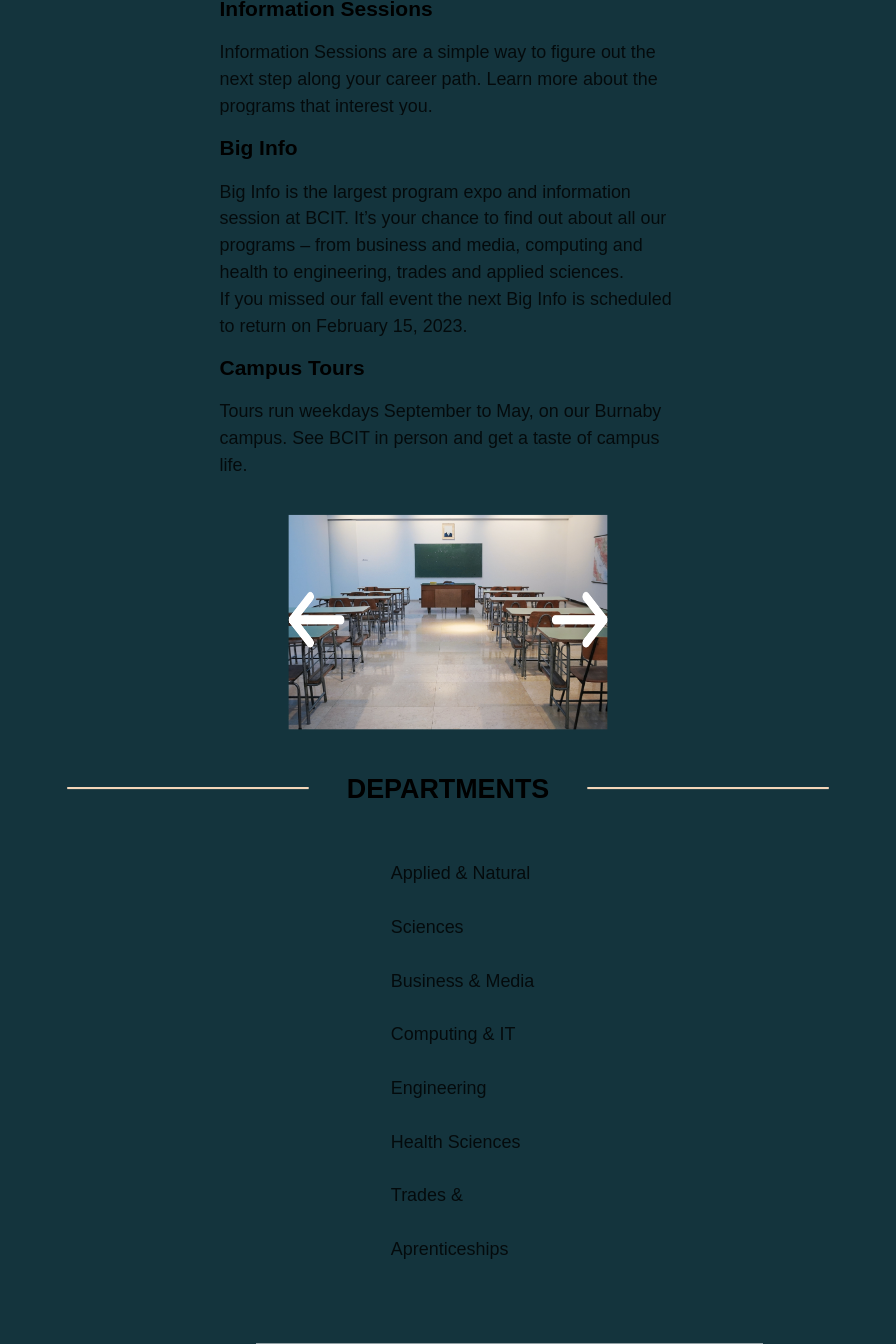
Repository: Kinakopan/playwright_bcit
Page: /about
An editor plug-in stored every save of this project. The page is shown before and after the next save, followed by the edit.
The browser window is 1280 px wide. The pictures show the part of the page from y = 745 to 2665 px (the page is 2665 px tall before and 2586 px after), at 70% of full size.
Some web fonts or font styles are not loaded; a fallback is used. The project was rebuilt for these pictures with package versions that can differ from the ones it lists, and the page was loaded fresh each time. The framework's server and built-in components were replaced by stand-ins that run in the browser. Also part of the build but not shown: next.config.js.

Above is the page before, as saved 2023-01-28 13:37:16.

### pages/_app.js
// import '@/styles/globals.css'
import '../styles/globals.css'
import '../styles/variables.css'
import Head from 'next/head'

export default function App({ Component, pageProps }) {
  return (
    <>
      <Head>
        <title>Example #1</title>
        <meta name="description" content="Generated by create next app" />
        <meta name="viewport" content="width=device-width, initial-scale=1" />
        <link href="https://fonts.googleapis.com/css2?family=Myriad+Pro:wght@100;400;700&display=swap" rel="stylesheet" />
        <link rel="icon" href="/favicon.ico" />
      </Head>
      <Component {...pageProps} />
    </>
  )
}

### styles/variables.css
:root {
  --primary-color: |#fff;
  --secondary-color: #F4D6B9;
  --ternary-color: #7796A4;
  --quaternary-color: #14343D;
  --quinary-color: rgba(16,46,53,0.5);
}

### styles/Home.module.css
@import '/styles/variables.css';

.main {
  display: flex;
  flex-direction: column;
  justify-content: space-between;
  align-items: center;
  padding: 6rem;
  min-height: 100vh;
}

.description {
  display: inherit;
  justify-content: inherit;
  align-items: inherit;
  font-size: 0.85rem;
  max-width: var(--max-width);
  width: 100%;
  z-index: 2;
  font-family: var(--font-mono);
}

.description a {
  display: flex;
  justify-content: center;
  align-items: center;
  gap: 0.5rem;
}

.description p {
  position: relative;
  margin: 0;
  padding: 1rem;
  background-color: rgba(var(--callout-rgb), 0.5);
  border: 1px solid rgba(var(--callout-border-rgb), 0.3);
  border-radius: var(--border-radius);
}

.code {
  font-weight: 700;
  font-family: var(--font-mono);
}

.grid {
  display: grid;
  grid-template-columns: repeat(4, minmax(25%, auto));
  width: var(--max-width);
  max-width: 100%;
}

.card {
  padding: 1rem 1.2rem;
  border-radius: var(--border-radius);
  background: rgba(var(--card-rgb), 0);
  border: 1px solid rgba(var(--card-border-rgb), 0);
  transition: background 200ms, border 200ms;
}

.card span {
  display: inline-block;
  transition: transform 200ms;
}

.card h2 {
  font-weight: 600;
  margin-bottom: 0.7rem;
}

.card p {
  margin: 0;
  opacity: 0.6;
  font-size: 0.9rem;
  line-height: 1.5;
  max-width: 30ch;
}

.center {
  display: flex;
  justify-content: center;
  align-items: center;
  position: relative;
  padding: 4rem 0;
}

.center::before {
  background: var(--secondary-glow);
  border-radius: 50%;
  width: 480px;
  height: 360px;
  margin-left: -400px;
}

.center::after {
  background: var(--primary-glow);
  width: 240px;
  height: 180px;
  z-index: -1;
}

.center::before,
.center::after {
  content: '';
  left: 50%;
  position: absolute;
  filter: blur(45px);
  transform: translateZ(0);
}

.logo,
.thirteen {
  position: relative;
}

.thirteen {
  display: flex;
  justify-content: center;
  align-items: center;
  width: 75px;
  height: 75px;
  padding: 25px 10px;
  margin-left: 16px;
  transform: translateZ(0);
  border-radius: var(--border-radius);
  overflow: hidden;
  box-shadow: 0px 2px 8px -1px #0000001a;
}

.thirteen::before,
.thirteen::after {
  content: '';
  position: absolute;
  z-index: -1;
}

/* Conic Gradient Animation */
.thirteen::before {
  animation: 6s rotate linear infinite;
  width: 200%;
  height: 200%;
  background: var(--tile-border);
}

/* Inner Square */
.thirteen::after {
  inset: 0;
  padding: 1px;
  border-radius: var(--border-radius);
  background: linear-gradient(
    to bottom right,
    rgba(var(--tile-start-rgb), 1),
    rgba(var(--tile-end-rgb), 1)
  );
  background-clip: content-box;
}

/* Enable hover only on non-touch devices */
@media (hover: hover) and (pointer: fine) {
  .card:hover {
    background: rgba(var(--card-rgb), 0.1);
    border: 1px solid rgba(var(--card-border-rgb), 0.15);
  }

  .card:hover span {
    transform: translateX(4px);
  }
}

@media (prefers-reduced-motion) {
  .thirteen::before {
    animation: none;
  }

  .card:hover span {
    transform: none;
  }
}

/* Mobile */
@media (max-width: 700px) {
  .content {
    padding: 4rem;
  }

  .grid {
    grid-template-columns: 1fr;
    margin-bottom: 120px;
    max-width: 320px;
    text-align: center;
  }

  .card {
    padding: 1rem 2.5rem;
  }

  .card h2 {
    margin-bottom: 0.5rem;
  }

  .center {
    padding: 8rem 0 6rem;
  }

  .center::before {
    transform: none;
    height: 300px;
  }

  .description {
    font-size: 0.8rem;
  }

  .description a {
    padding: 1rem;
  }

  .description p,
  .description div {
    display: flex;
    justify-content: center;
    position: fixed;
    width: 100%;
  }

  .description p {
    align-items: center;
    inset: 0 0 auto;
    padding: 2rem 1rem 1.4rem;
    border-radius: 0;
    border: none;
    border-bottom: 1px solid rgba(var(--callout-border-rgb), 0.25);
    background: linear-gradient(
      to bottom,
      rgba(var(--background-start-rgb), 1),
      rgba(var(--callout-rgb), 0.5)
    );
    background-clip: padding-box;
    backdrop-filter: blur(24px);
  }

  .description div {
    align-items: flex-end;
    pointer-events: none;
    inset: auto 0 0;
    padding: 2rem;
    height: 200px;
    background: linear-gradient(
      to bottom,
      transparent 0%,
      rgb(var(--background-end-rgb)) 40%
    );
    z-index: 1;
  }
}

/* Tablet and Smaller Desktop */
@media (min-width: 701px) and (max-width: 1120px) {
  .grid {
    grid-template-columns: repeat(2, 50%);
  }
}

@media (prefers-color-scheme: dark) {
  .vercelLogo {
    filter: invert(1);
  }

  .logo,
  .thirteen img {
    filter: invert(1) drop-shadow(0 0 0.3rem #ffffff70);
  }
}

@keyframes rotate {
  from {
    transform: rotate(360deg);
  }
  to {
    transform: rotate(0deg);
  }
}



/*****************************
******************************
            AUTHOR
******************************
*****************************/

/*============================
    From here - Common Style
============================*/
/* From here - components/navbar.js */
.nav {
  display: flex;
  flex-direction: row;
  justify-content: space-between;
  width: 100%;
  padding: 3% 8% 0 8%;
}

.burgar,
.hat {
  width: fit-content;
}

/* From here - components/arrow.js */
.arrowBox {
  flex: 1;
  display: flex;
  flex-direction: column;
  justify-content: space-between;
  align-items: flex-end;
  position: fixed;
  width: fit-content;
  height: 12%;
  right: 8%;
  bottom: 10%;
}

.arrowBox * {
  background: transparent;
  border: none;
}

/* From here - general */
.body_home,
.body_about,
.body_contact,
.wrapper {
  display: flex;
  flex-direction: column;
  width: 100vw;
}

.body_home,
.body_about,
.body_contact {
  /* font-size: 62.5%; */
  background-size: cover;
  background-position: center;
  background-repeat: no-repeat;
  line-height: 1.5;
  font-family: 'Myriad Pro', sans-serif;
  font-weight: 100;
  text-align: left;
}

.wrapper {
  font-size: 1.6rem;
  background-size: cover;
}

.main {
  display: flex;
  width: 100%;
}

/* .text_heading_h1 {

}

.text_heading_h2 {

} */
/*============================
    From here - Home Page
============================*/
.body_home {
  height: 100vh;
  overflow: hidden;
}

.body_home .main {
  flex-direction: row;
  justify-content: flex-start;
  align-items: flex-end;
  padding: 0 0 12% 21%;
}

.body_home .cont_main {
  display: flex;
  flex-direction: column;
  width: 48%;
}

.body_home .cont_main * {
  color: var(--primary-color);
}

.body_home .text_heading1 {
  font-family: 'Myriad Pro', sans-serif;
  /* font-size: 3.6rem; */
  font-size: 220%;
  line-height: 1.3;
  padding-bottom: 3%;
  margin-bottom: 3%;
  border-bottom: 4px solid;
  border-image: linear-gradient(to right, rgba(244,214,185,1) 0%, rgba(244,214,185,1) 69%, rgba(244,214,185,0) 69%, rgba(244,214,185,0) 100%) 1;
}

.body_home .text_body,
.body_home .box_btn * {
  opacity: .9;
}

.body_home .box_btn {
  display: flex;
  flex-direction: row;
}

.body_home .box_btn * {
  font-size: 1.4rem;
  background: transparent;
  padding: .3% 3%;
  border: 3px solid;
  border-color: var(--primary-color);
  border-radius: 10px;
  margin: 3% 2.5% 0 0;
}

.body_home .btn_about:hover {
  color: transparent;
  background: white;
}

/*============================
    From here - About Page
============================*/
.body_about {
  background: var(--quaternary-color);
}

/* .body_about .main {

} */

.body_about .text_heading1 {
  display: flex;
  align-items: center;
  width: 100%;
  padding: 5% 0;
}

.body_about .text_heading1:before,
.body_about .text_heading1:after {
  content: "";
  height: 3px;
  flex-grow: 1;
  background: var(--secondary-color);
}

.body_about .text_heading1:before {
  margin-right: 5%;
}

.body_about .text_heading1:after {
  margin-left: 5%;
}

.body_about .cont_section1,
.body_about .cont_section2 {
  display: flex;
  flex-direction: column;
  justify-content: flex-start;
  width: 60%;
}
.body_about .cont_section2 {
  width: 25%;
  padding-left: 5%;
}

.body_about .text_heading2,
.body_about .text_body {
  margin-bottom: 3%;
}

.body_about .text_heading2 {
  justify-content: flex-start;
}

.body_about .text_body,
.body_about .box_list *  {
  opacity: .8;
}

.body_about .box_list * {
  list-style: none;
  line-height: 3;
}

/* Carousel */
.cont_carousel {
  display: flex;
  align-self: center;
  width: 70%;
  margin-top: 5%;
  padding-top: 47%;
  overflow: hidden;
  position: relative;
}

.image_carousel {
  /* display: flex; */
  width: 100%;
  height: 100%;
  position: absolute;
  top: 0;
  left: 0;
}

.slide {
  width: 100%;
  height: 100%;
  background-size: cover;
  background-position: center;
}

.slide:not(.active) {
  display: none;
}

/* "Previous" and "Next" buttons */
.prevBtn, .nextBtn {
  position: absolute;
  top: 50%;
  transform: translateY(-50%);
  font-size: 2rem;
  cursor: pointer;
  border: none;
  background: transparent;
}

.prevBtn {
  left: 0;
}

.nextBtn {
  right: 0;
}


/* Carousel */
/* @keyframes tonext {
  75% {
    left: 0;
  }
  95% {
    left: 100%;
  }
  98% {
    left: 100%;
  }
  99% {
    left: 0;
  }
}

@keyframes tostart {
  75% {
    left: 0;
  }
  95% {
    left: -300%;
  }
  98% {
    left: -300%;
  }
  99% {
    left: 0;
  }
}

@keyframes snap {
  96% {
    scroll-snap-align: center;
  }
  97% {
    scroll-snap-align: none;
  }
  99% {
    scroll-snap-align: none;
  }
  100% {
    scroll-snap-align: center;
  }
}

.main {
  max-width: 37.5rem;
  margin: 0 auto;
  padding: 0 1.25rem;
  font-family: 'Lato', sans-serif;
}

.main * {
  box-sizing: border-box;
  scrollbar-color: transparent transparent;
  scrollbar-width: 0px;
}

.main *::-webkit-scrollbar {
  width: 0;
}

.main *::-webkit-scrollbar-track {
  background: transparent;
}

.main *::-webkit-scrollbar-thumb {
  background: transparent;
  border: none;
}

.main * {
  -ms-overflow-style: none;
}


.carousel__viewport,
.carousel__navigation_list,
.carousel__slide,
.carousel__navigation_item {
  list-style: none;
  margin: 0;
  padding: 0;
}

.carousel {
  position: relative;
  padding-top: 75%;
  filter: drop-shadow(0 0 10px #0003);
  perspective: 100px;
}

.carousel__viewport {
  position: absolute;
  top: 0;
  right: 0;
  bottom: 0;
  left: 0;
  display: flex;
  overflow-x: scroll;
  counter-reset: item;
  scroll-behavior: smooth;
  scroll-snap-type: x mandatory;
}

.carousel__slide {
  position: relative;
  flex: 0 0 100%;
  width: 100%;
  background-color: #f99;
  counter-increment: item;
}

.carousel__slide:nth-child(even) {
  background-color: #99f;
}

.carousel__slide:before {
  content: counter(item);
  position: absolute;
  top: 50%;
  left: 50%;
  transform: translate3d(-50%,-40%,70px);
  color: #fff;
  font-size: 2em;
}

.carousel__snapper {
  position: absolute;
  top: 0;
  left: 0;
  width: 100%;
  height: 100%;
  scroll-snap-align: center;
}

@media (hover: hover) {
  .carousel__snapper {
    animation-name: tonext, snap;
    animation-timing-function: ease;
    animation-duration: 4s;
    animation-iteration-count: infinite;
  }

  .carousel__slide:last-child .carousel__snapper {
    animation-name: tostart, snap;
  }
}

@media (prefers-reduced-motion: reduce) {
  .carousel__snapper {
    animation-name: none;
  }
}

.carousel:hover .carousel__snapper,
.carousel:focus-within .carousel__snapper {
  animation-name: none;
}

.carousel__navigation {
  position: absolute;
  right: 0;
  bottom: 0;
  left: 0;
  text-align: center;
}

.carousel__navigation_list,
.carousel__navigation_item {
  display: inline-block;
}

.carousel__navigation-button {
  display: inline-block;
  width: 1.5rem;
  height: 1.5rem;
  background-color: #333;
  background-clip: content-box;
  border: 0.25rem solid transparent;
  border-radius: 50%;
  font-size: 0;
  transition: transform 0.1s;
}

.carousel::before,
.carousel::after,
.carousel__prev,
.carousel__next {
  position: absolute;
  top: 0;
  margin-top: 37.5%;
  width: 4rem;
  height: 4rem;
  transform: translateY(-50%);
  border-radius: 50%;
  font-size: 0;
  outline: 0;
}

.carousel::before,
.carousel__prev {
  left: -1rem;
}

.carousel::after,
.carousel__next {
  right: -1rem;
}

.carousel::before,
.carousel::after {
  content: '';
  z-index: 1;
  background-color: #333;
  background-size: 1.5rem 1.5rem;
  background-repeat: no-repeat;
  background-position: center center;
  color: #fff;
  font-size: 2.5rem;
  line-height: 4rem;
  text-align: center;
  pointer-events: none;
}

.carousel::before {
  background-image: url("data:[embedded picture, 149 characters]");
}

.carousel::after {
  background-image: url("data:[embedded picture, 151 characters]");
} */


/*============================
    From here - Contact Page
============================*/

### components/arrow.js
import Image from 'next/image';
import styles from '@/styles/Home.module.css';

export default function Arrow() {
  return (
    <div className={styles.arrowBox}>
      <button
        className={styles.arrowDown}
        onClick={() => setUpArrowClicked(true)}
      >
        <Image
          src='/icons/upwardArrow.png'
          alt="Upward arrow icon"
          width={50}
          height={50}
        />
      </button>

      <button
        className={styles.arrowDown}
        onClick={() => setDownArrowClicked(true)}
      >
        <Image
          src='/icons/downwardArrow.png'
          alt="Downward arrow icon"
          width={50}
          height={50}
        />
      </button>
    </div>
  )
}

### components/navbar.js
import Image from 'next/image';
import styles from '@/styles/Home.module.css';

export default function Navbar() {
  return (
    <nav className={styles.nav}>
      <Image
        className={styles.burgar}
        src='/icons/menu-icon.png'
        alt="menu icon"
        width={50}
        height={50}
      />
      <Image
        className={styles.hat}
        src='/icons/graduation-hat.png'
        alt="Graduation hat icon"
        width={50}
        height={50}
      />
    </nav>
  )
}

### components/carousel.js
import React, { useState } from 'react'
import styles from "@/styles/Home.module.css";
import Image from 'next/image'

const MyCarousel = () => {
  const [currentSlide, setCurrentSlide] = useState(0)
  const images = [
      '/carousel-images/0.jpg',
      '/carousel-images/1.jpg',
      '/carousel-images/2.jpg',
      '/carousel-images/3.jpg',
      '/carousel-images/4.jpg',
      '/carousel-images/5.jpg'
  ]

  return (
      <div className={styles.cont_carousel}>
        <div className={styles.image_carousel}>
          {images.map((image, index) => (
            <div
              key={index}
              className={`${styles.slide} ${currentSlide === index ? styles.active : ''}`}
              style={{
                backgroundImage: `url(${image})`
              }}
            />
          ))}
          <button
            className={styles.prevBtn}
            onClick={() => setCurrentSlide((currentSlide - 1 + images.length) % images.length)}
            >
            <Image
              src="/icons/leftArrow.png"
              alt="Arrow icon to show the previous slide"
              width={80}
              height={80}
            />
          </button>
          <button
            className={styles.nextBtn}
            onClick={() => setCurrentSlide((currentSlide + 1) % images.length)}
            >
            <Image
              src="/icons/rightArrow.png"
              alt="Arrow icon to show the next slide"
              width={80}
              height={80}
            />
          </button>
        </div>
      </div>
  )
}

export default MyCarousel

Loaded but not shown: pages/_document.js (common file); styles/globals.css (common file); pages/about.js (188 lines, source omitted)

After the next save:
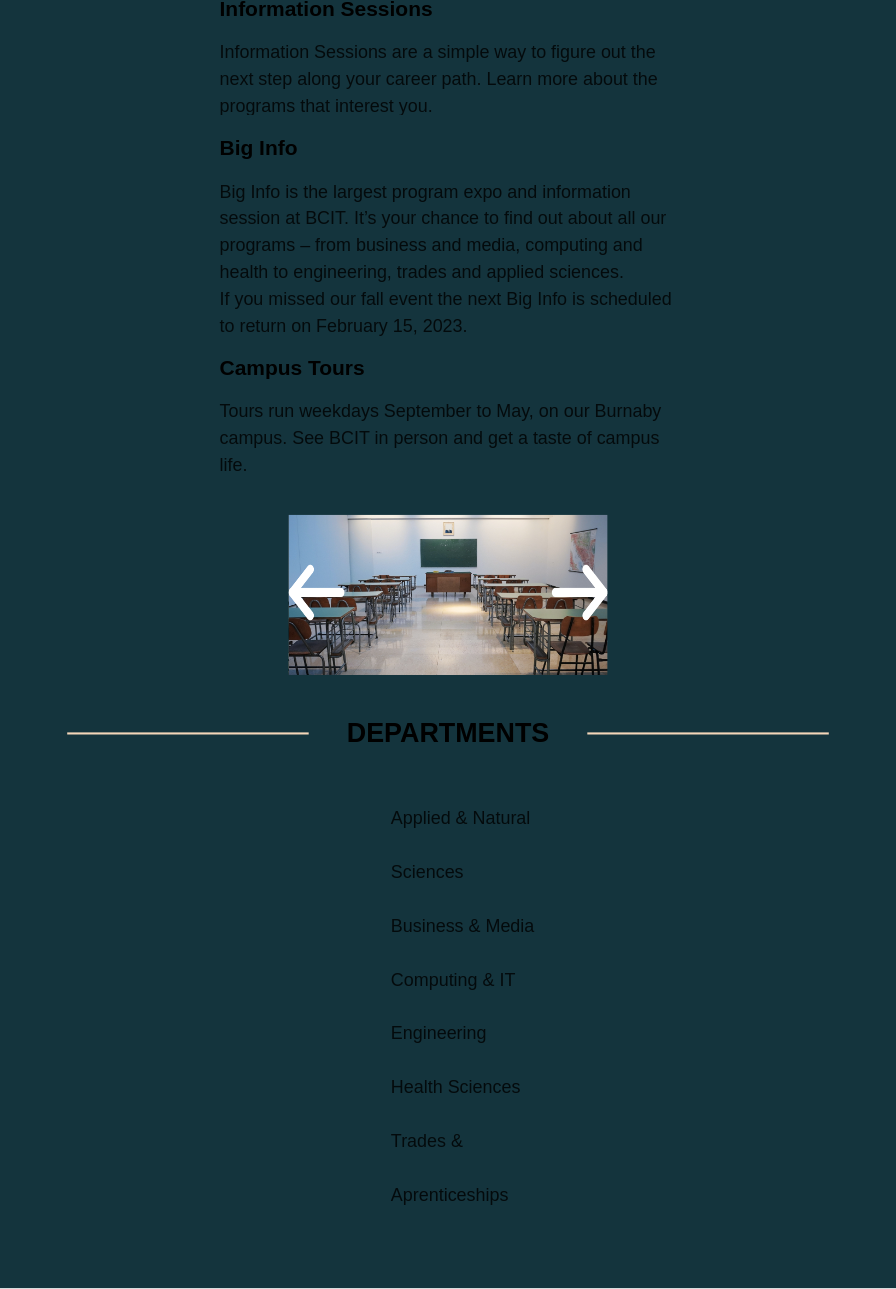
Saved 55 s later.
--- a/styles/Home.module.css
+++ b/styles/Home.module.css
@@ -495,7 +495,7 @@
   align-self: center;
   width: 70%;
   margin-top: 5%;
-  padding-top: 47%;
+  padding-top: 35%;
   overflow: hidden;
   position: relative;
 }
@@ -513,7 +513,7 @@
   width: 100%;
   height: 100%;
   background-size: cover;
-  background-position: center;
+  background-position: top center;
 }
 
 .slide:not(.active) {
